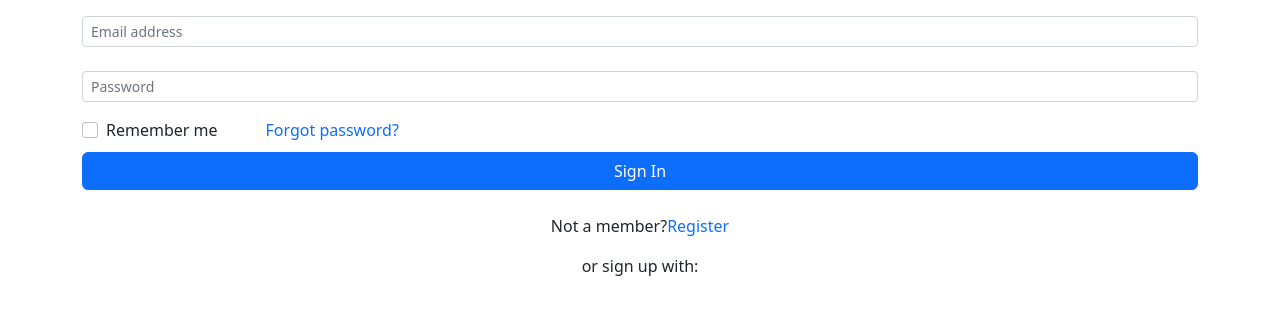
Repository: NPhanA/React2022
Page: / (app in Day 03-React/exercise/)
The author's editor kept a copy of each file at every save. The page is drawn from the files as they stood at one save, then again after the next save.
The browser window is 1280 px wide. The pictures show the whole page.
The project was rebuilt for these pictures with package versions that can differ from the ones it lists, and the page was loaded fresh each time. Also part of the build but not shown: Day 03-React/exercise/src/App.css, Day 03-React/exercise/src/App.js, Day 03-React/exercise/src/Components/UserAgent.js, Day 03-React/exercise/src/Components/ProfileCard.js.

Above is the page before, as saved 2022-07-26 22:36:15.

After the next save:
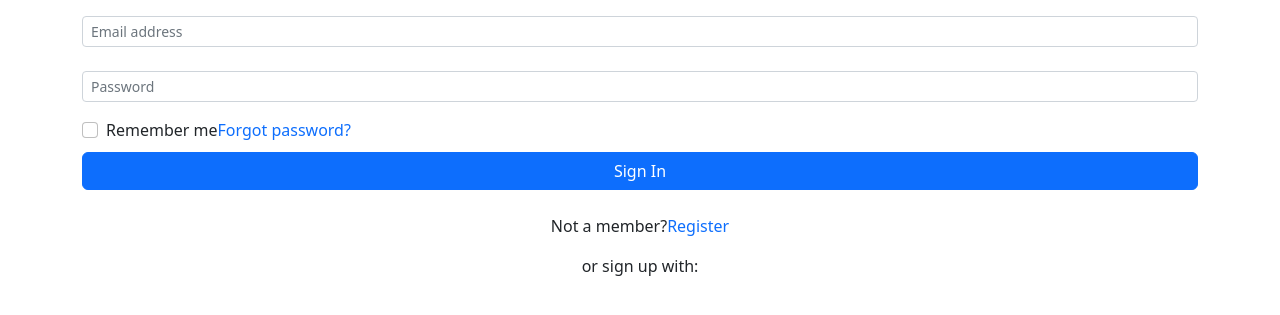
Saved 6 s later.
--- a/Day 03-React/exercise/src/Components/SignInForm.js
+++ b/Day 03-React/exercise/src/Components/SignInForm.js
@@ -13,7 +13,7 @@
                         <label class="form-check-label" for="flexCheckDefault">
                             Remember me
                         </label>
-                        <span className="text-primary ms-5 text-right">Forgot password?</span>
+                        <span className="text-primary  text-right">Forgot password?</span>
                     </div>
                     <div class="d-grid gap-2">
                         <button class="btn btn-primary mt-2" type="button">Sign In</button>

After the save that followed:
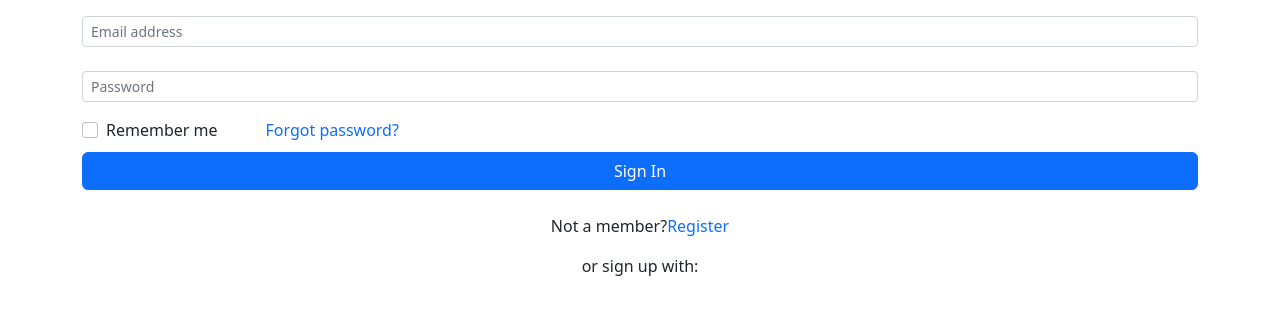
Saved 15 s later.
--- a/Day 03-React/exercise/src/Components/SignInForm.js
+++ b/Day 03-React/exercise/src/Components/SignInForm.js
@@ -13,7 +13,7 @@
                         <label class="form-check-label" for="flexCheckDefault">
                             Remember me
                         </label>
-                        <span className="text-primary  text-right">Forgot password?</span>
+                        <span className="text-primary ms-5">Forgot password?</span>
                     </div>
                     <div class="d-grid gap-2">
                         <button class="btn btn-primary mt-2" type="button">Sign In</button>
